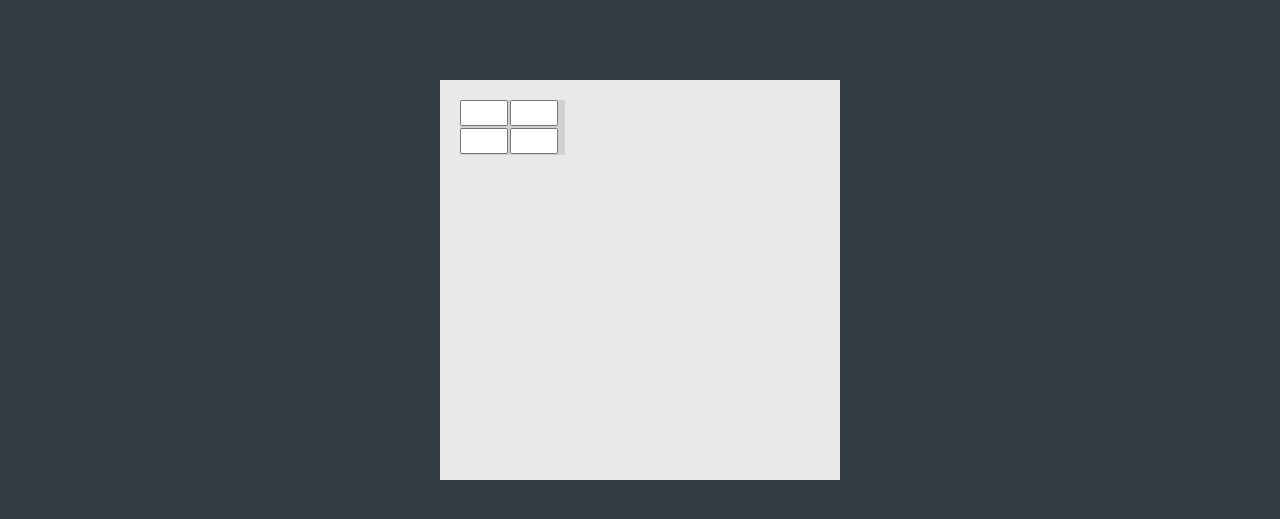
Repository: piookr-wsei/8086
Page: /
The author's editor kept a copy of each file at every save. The page is drawn from the files as they stood at one save, then again after the next save.
The browser window is 1280 px wide. The pictures show the whole page.
The project was rebuilt for these pictures with package versions that can differ from the ones it lists, and the page was loaded fresh each time.

Above is the page before, as saved 2022-06-17 00:06:43.

### src/App.js
import logo from './logo.svg';
import './App.css';
import { RegInput, RegWrapper, UiWindow, UiWrapper } from './Components/Components.elements';

function App() {
  return (
    <div className="App">
      <UiWindow>
        <UiWrapper>
          <RegWrapper>
            <RegInput/><RegInput/>
            <RegInput/><RegInput/>
          </RegWrapper>

        </UiWrapper>
      </UiWindow>

    </div>
  );
}

export default App;

### src/App.css
body{
  height: 100%;
  background: rgba(1, 10, 22, 0.8);
}
.App {

}

.App-logo {
  height: 40vmin;
  pointer-events: none;
}

@media (prefers-reduced-motion: no-preference) {
  .App-logo {
    animation: App-logo-spin infinite 20s linear;
  }
}

.App-header {
  background-color: #282c34;
  min-height: 100vh;
  display: flex;
  flex-direction: column;
  align-items: center;
  justify-content: center;
  font-size: calc(10px + 2vmin);
  color: white;
}

.App-link {
  color: #61dafb;
}

@keyframes App-logo-spin {
  from {
    transform: rotate(0deg);
  }
  to {
    transform: rotate(360deg);
  }
}

### src/Components/Components.elements.js
import styled from "styled-components";

export const UiWindow = styled.div`
height: 400px;
width: 400px;
background: rgb(233,233,233);
position: relative;
margin: auto;
top: 80px;
`

export const UiWrapper = styled.div`
border: 20px solid transparent;

`

export const RegWrapper = styled.div`
width: 105px;
min-height: 55px;
background: rgba(0,0,0,0.1);
position: relative;
left: 0;
display: grid;
grid-template-columns: 50px 50px;
`

export const RegInput = styled.input`
height: 20px;
width: 40px;
`

Loaded but not shown: public/index.html (common file); src/index.js (common file); src/index.css (common file); src/reportWebVitals.js (common file)

After the next save:
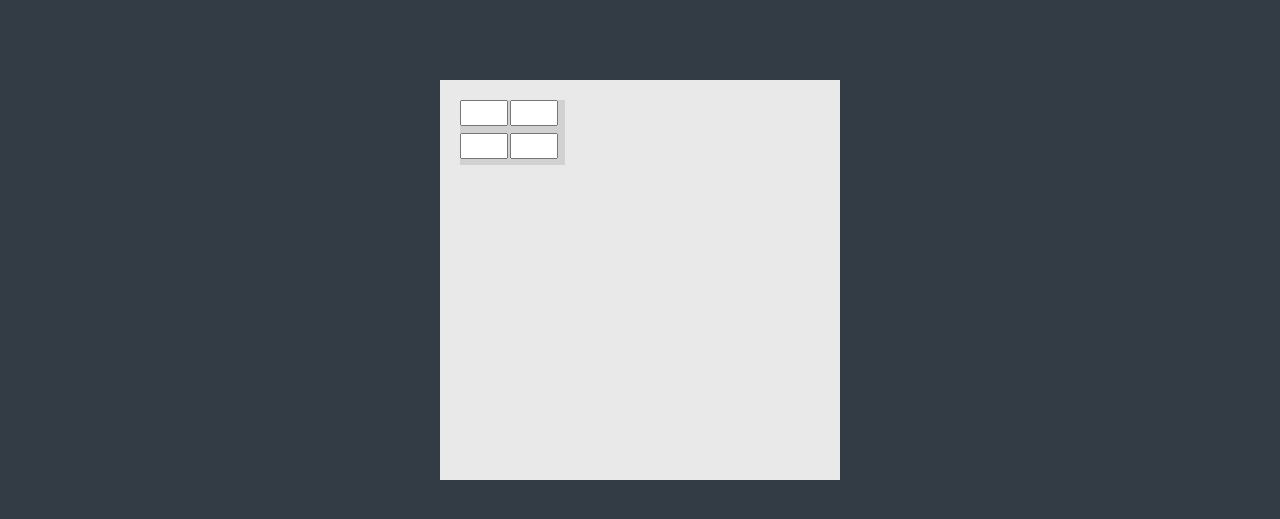
Saved 5 s later.
--- a/src/Components/Components.elements.js
+++ b/src/Components/Components.elements.js
@@ -16,7 +16,7 @@ border: 20px solid transparent;
 
 export const RegWrapper = styled.div`
 width: 105px;
-min-height: 55px;
+min-height: 65px;
 background: rgba(0,0,0,0.1);
 position: relative;
 left: 0;
